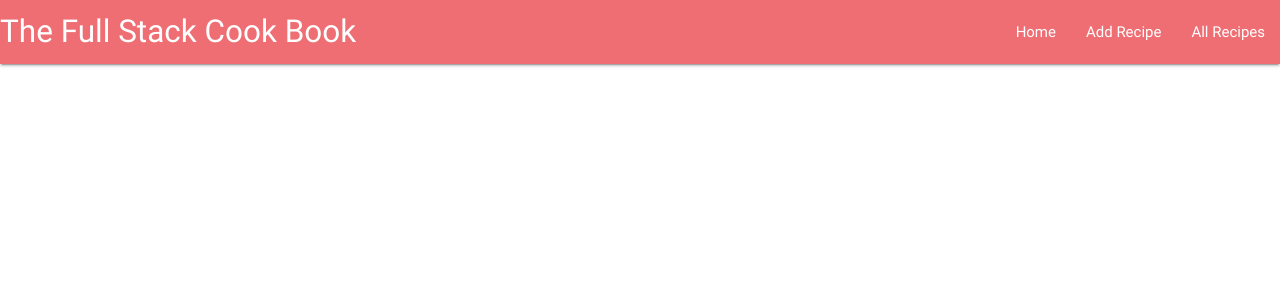
Repository: nakitamccool/francisillingworth-milestone-project-3
Page: http://localhost/index
The author's editor kept a record of every edit. The page is drawn from the files as they stood at one moment, then again after the next edit.
The browser window is 1280 px wide. The pictures show the whole page.
The page is served by the project's application, run on Flask 3 (app.py).

Above is the page before.

After the next edit:
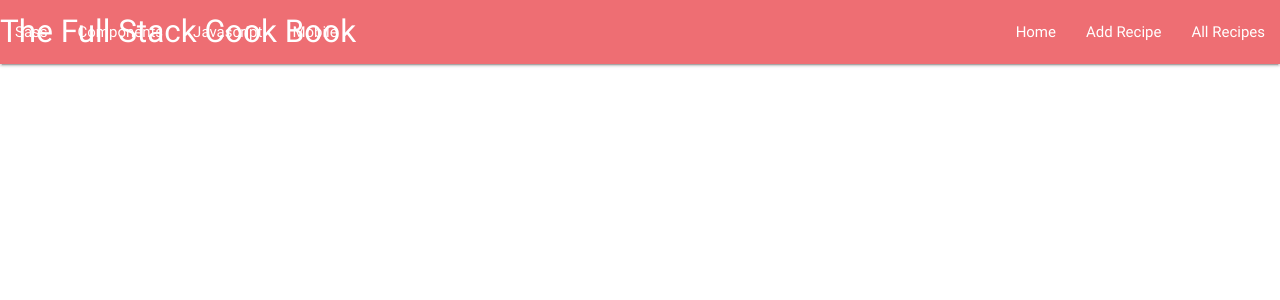
The edit:
--- a/templates/base.html
+++ b/templates/base.html
@@ -17,9 +17,17 @@
         <li><a href="{{ url_for('add_recipe') }}">Add Recipe</a></li>
         <li><a href="{{ url_for('get_recipes') }}">All Recipes</a></li>
       </ul>
-
+      <ul class="sidenav" id="mobile-demo">
+    <li><a href="sass.html">Sass</a></li>
+    <li><a href="badges.html">Components</a></li>
+    <li><a href="collapsible.html">Javascript</a></li>
+    <li><a href="mobile.html">Mobile</a></li>
+  </ul>
     </div>
   </nav>
+
+
+
   </header>
     <div class="container">
     {% block content %}
